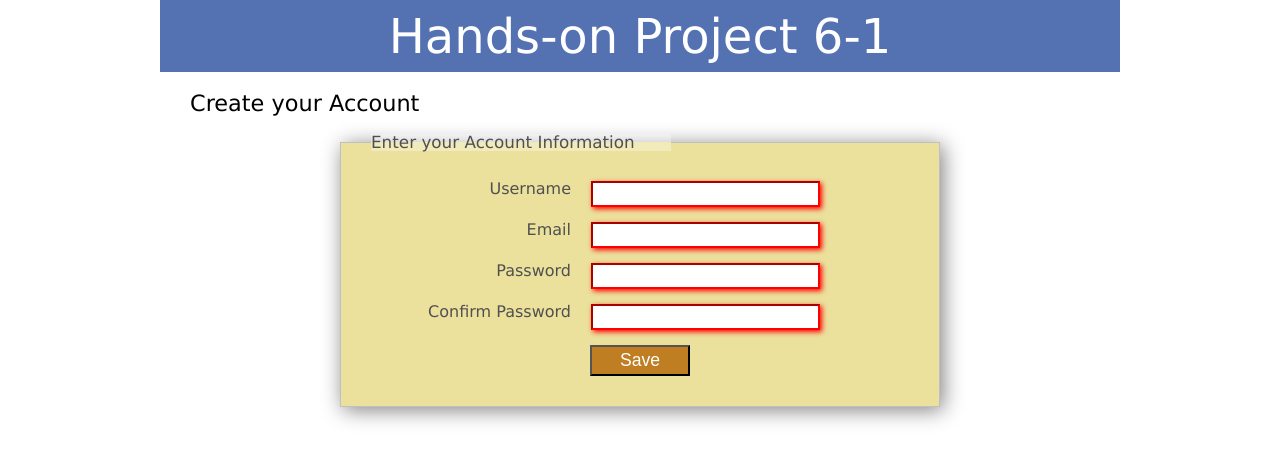
Repository: sandhya8109/hbommi_srimal4-js06-main
Page: hbommi_srimal4-js06-main/project01/project06-01.html
An editor plug-in stored every save of this project. The page is shown before and after the next save, followed by the edit.
The browser window is 1280 px wide. The pictures show the whole page.

Above is the page before, as saved 2025-03-07 16:00:04.

After the next save:
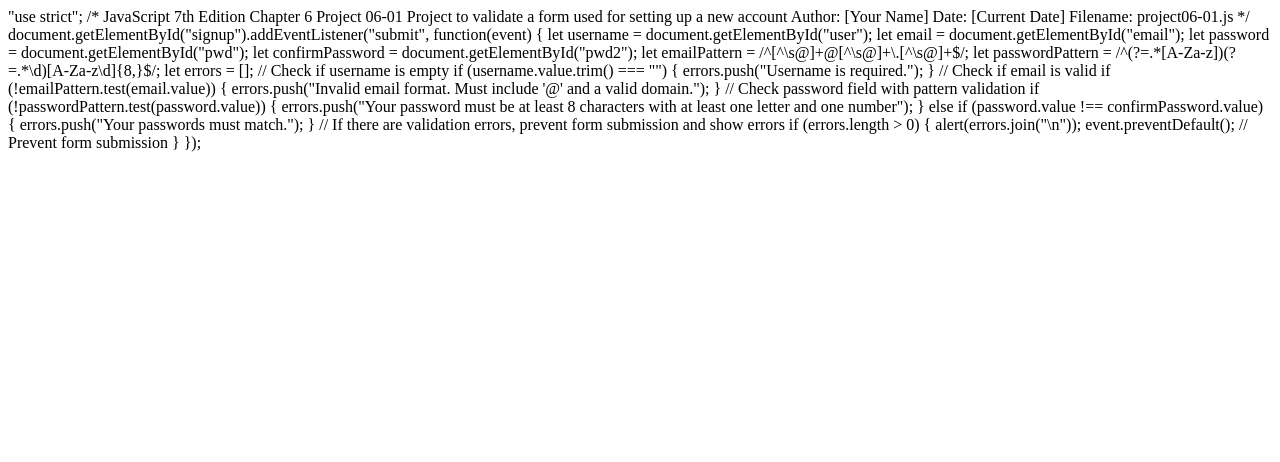
Saved 96 s later.
--- a/hbommi_srimal4-js06-main/project01/project06-01.html
+++ b/hbommi_srimal4-js06-main/project01/project06-01.html
@@ -1,50 +1,46 @@
-<!DOCTYPE html>
-<html>
-<head>
-   <!--
-      JavaScript 7th Edition
-      Chapter 6
-      Hands-on Project 6-1
+"use strict";
+/*
+   JavaScript 7th Edition
+   Chapter 6
+   Project 06-01
 
-      Author:
-      Date:
+   Project to validate a form used for setting up a new account
+   Author: [Your Name]
+   Date: [Current Date]
 
-      Filename: project06-01.html
-   -->
-   <meta charset="utf-8" />
-   <meta name="viewport" content="width=device-width,initial-scale=1.0">
-   <title>Hands-on Project 6-1</title>
-   <link rel="stylesheet" href="styles.css" />
-</head>
+   Filename: project06-01.js
+*/
 
-<body>
-   <header>
-      <h1>
-         Hands-on Project 6-1
-      </h1>
-   </header>
+document.getElementById("signup").addEventListener("submit", function(event) {
+    let username = document.getElementById("user");
+    let email = document.getElementById("email");
+    let password = document.getElementById("pwd");
+    let confirmPassword = document.getElementById("pwd2");
+    let emailPattern = /^[^\s@]+@[^\s@]+\.[^\s@]+$/;
+    let passwordPattern = /^(?=.*[A-Za-z])(?=.*\d)[A-Za-z\d]{8,}$/;
 
-   <section>
-      <h1>Create your Account</h1>
-      <form id="signup" name="signup" method="get" action="formsubmit.html">
-         <fieldset>
-            <legend>Enter your Account Information</legend>
-            <label for="user">Username</label>
-            <input type="text" id="user" name="user" required />
+    let errors = [];
 
-            <label for="email">Email</label>
-            <input type="email" id="email" name="email" required />
+    // Check if username is empty
+    if (username.value.trim() === "") {
+        errors.push("Username is required.");
+    }
 
-            <label for="pwd">Password</label>
-            <input type="password" id="pwd" name="pwd" required pattern="^(?=.*[A-Za-z])(?=.*\d)[A-Za-z\d]{8,}$"/>
+    // Check if email is valid
+    if (!emailPattern.test(email.value)) {
+        errors.push("Invalid email format. Must include '@' and a valid domain.");
+    }
 
-            <label for="confirm">Confirm Password</label>
-            <input type="password" id="pwd2" name="pwd2" required  />
+    // Check password field with pattern validation
+    if (!passwordPattern.test(password.value)) {
+        errors.push("Your password must be at least 8 characters with at least one letter and one number");
+    } else if (password.value !== confirmPassword.value) {
+        errors.push("Your passwords must match.");
+    }
 
-            <input type="submit" id="submitButton" value="Save" />
-         </fieldset>
-      </form>
-   </section>
-   <script src ="project06-01.js"></script>
-</body>
-</html>
+    // If there are validation errors, prevent form submission and show errors
+    if (errors.length > 0) {
+        alert(errors.join("\n"));
+        event.preventDefault();  // Prevent form submission
+    }
+});

After the save that followed:
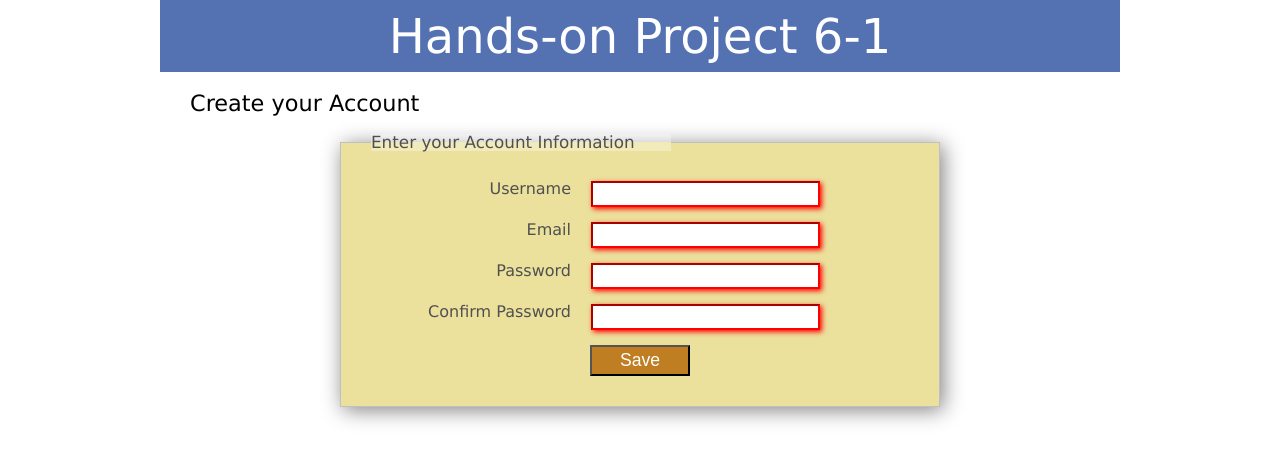
Saved 10 s later.
--- a/hbommi_srimal4-js06-main/project01/project06-01.html
+++ b/hbommi_srimal4-js06-main/project01/project06-01.html
@@ -1,46 +1,50 @@
-"use strict";
-/*
-   JavaScript 7th Edition
-   Chapter 6
-   Project 06-01
+<!DOCTYPE html>
+<html>
+<head>
+   <!--
+      JavaScript 7th Edition
+      Chapter 6
+      Hands-on Project 6-1
 
-   Project to validate a form used for setting up a new account
-   Author: [Your Name]
-   Date: [Current Date]
+      Author:
+      Date:
 
-   Filename: project06-01.js
-*/
+      Filename: project06-01.html
+   -->
+   <meta charset="utf-8" />
+   <meta name="viewport" content="width=device-width,initial-scale=1.0">
+   <title>Hands-on Project 6-1</title>
+   <link rel="stylesheet" href="styles.css" />
+</head>
 
-document.getElementById("signup").addEventListener("submit", function(event) {
-    let username = document.getElementById("user");
-    let email = document.getElementById("email");
-    let password = document.getElementById("pwd");
-    let confirmPassword = document.getElementById("pwd2");
-    let emailPattern = /^[^\s@]+@[^\s@]+\.[^\s@]+$/;
-    let passwordPattern = /^(?=.*[A-Za-z])(?=.*\d)[A-Za-z\d]{8,}$/;
+<body>
+   <header>
+      <h1>
+         Hands-on Project 6-1
+      </h1>
+   </header>
 
-    let errors = [];
+   <section>
+      <h1>Create your Account</h1>
+      <form id="signup" name="signup" method="get" action="formsubmit.html">
+         <fieldset>
+            <legend>Enter your Account Information</legend>
+            <label for="user">Username</label>
+            <input type="text" id="user" name="user" required />
 
-    // Check if username is empty
-    if (username.value.trim() === "") {
-        errors.push("Username is required.");
-    }
+            <label for="email">Email</label>
+            <input type="email" id="email" name="email" required />
 
-    // Check if email is valid
-    if (!emailPattern.test(email.value)) {
-        errors.push("Invalid email format. Must include '@' and a valid domain.");
-    }
+            <label for="pwd">Password</label>
+            <input type="password" id="pwd" name="pwd" required pattern="^(?=.*[A-Za-z])(?=.*\d)[A-Za-z\d]{8,}$"/>
 
-    // Check password field with pattern validation
-    if (!passwordPattern.test(password.value)) {
-        errors.push("Your password must be at least 8 characters with at least one letter and one number");
-    } else if (password.value !== confirmPassword.value) {
-        errors.push("Your passwords must match.");
-    }
+            <label for="confirm">Confirm Password</label>
+            <input type="password" id="pwd2" name="pwd2" required  />
 
-    // If there are validation errors, prevent form submission and show errors
-    if (errors.length > 0) {
-        alert(errors.join("\n"));
-        event.preventDefault();  // Prevent form submission
-    }
-});
+            <input type="submit" id="submitButton" value="Save" />
+         </fieldset>
+      </form>
+   </section>
+   <script src ="project06-01.js"></script>
+</body>
+</html>
